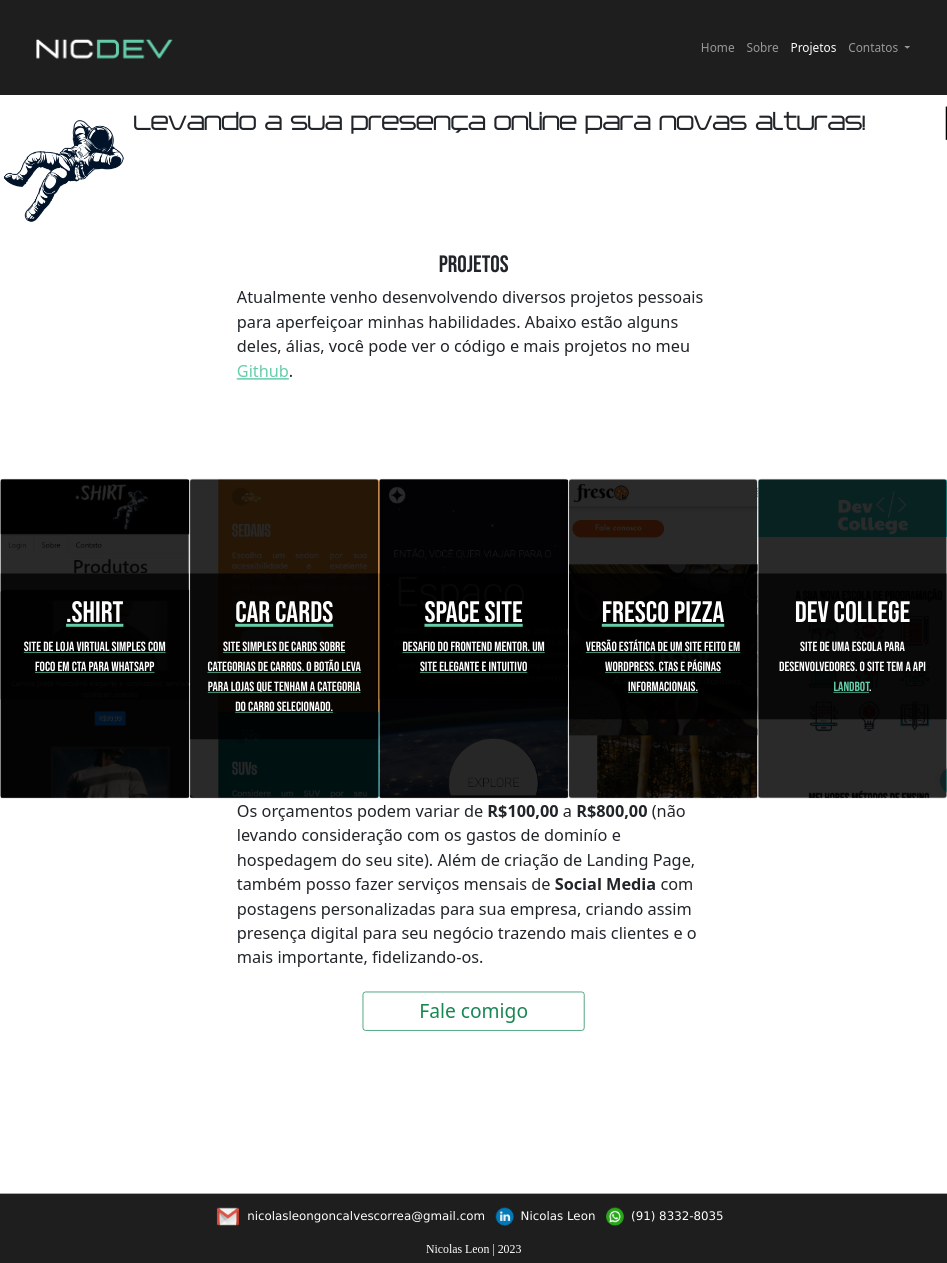
Repository: Leonngc/nicdev
Page: projects.html
The author's editor kept a copy of each file at every save. The page is drawn from the files as they stood at one save, then again after the next save.
The browser window is 1280 px wide. The pictures show the whole page, at 74% of full size.
Some web libraries are served in a nearby version.

Above is the page before, as saved 2023-06-04 23:54:09.

After the next save:
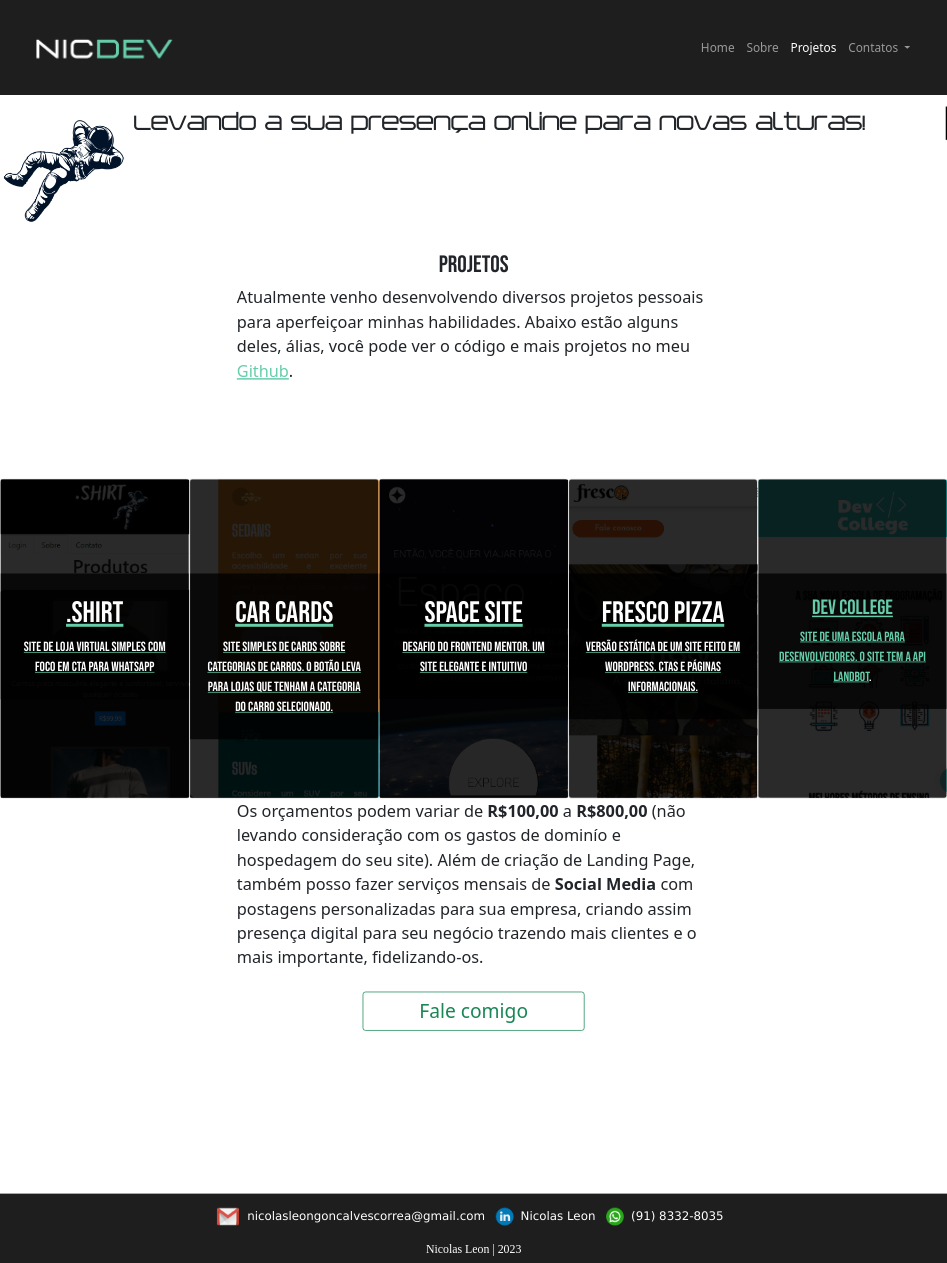
Saved 10 s later.
--- a/projects.html
+++ b/projects.html
@@ -151,14 +151,16 @@
             </div>
           </div>
         </a>
-        <div class="card" id="card-4">
-          <div class="info-card">
-            <h3>
-              Dev College
-            </h3>
-            <p>Site de uma escola para desenvolvedores. O site tem a API <a href="">Landbot</a>.</p>
+        <a href="">
+          <div class="card" id="card-4">
+            <div class="info-card">
+              <h3>
+                Dev College
+              </h3>
+              <p>Site de uma escola para desenvolvedores. O site tem a API <a href="">Landbot</a>.</p>
+            </div>
           </div>
-        </div>
+        </a>
       </section>
 
       <p>Os orçamentos podem variar de <strong>R$100,00</strong> a <strong>R$800,00</strong> (não levando consideração com os gastos de dominío e hospedagem do seu site). Além de criação de Landing Page, também posso fazer serviços mensais de <strong>Social Media</strong> com postagens personalizadas para sua empresa, criando assim presença digital para seu negócio trazendo mais clientes e o mais importante, fidelizando-os.</p>
